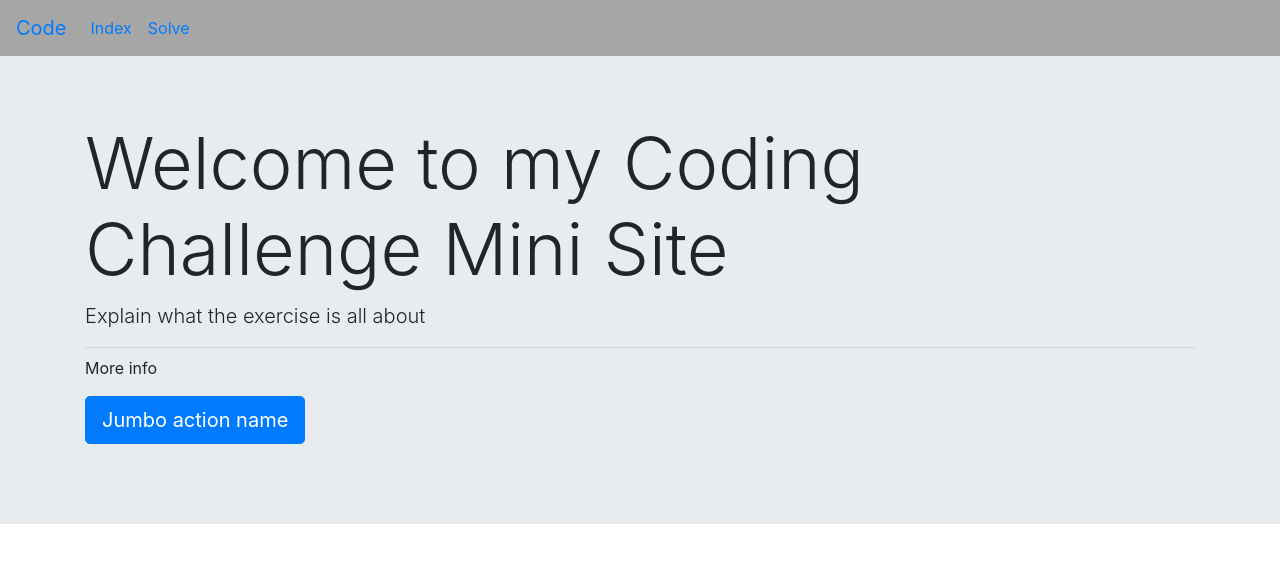
Repository: zhadjah9559/TacocatGrammar
Page: code.html
An editor plug-in stored every save of this project. The page is shown before and after the next save, followed by the edit.
The browser window is 1280 px wide. The pictures show the whole page.

Above is the page before, as saved 2021-01-11 23:32:33.

### code.html
<!doctype html>
<html lang="en">
  <head>
    <title>Code</title>
    <!-- Required meta tags -->
    <meta charset="utf-8">
    <meta name="viewport" content="width=device-width, initial-scale=1, shrink-to-fit=no">

    <!-- Bootstrap CSS -->
    <link rel="stylesheet" href="https://stackpath.bootstrapcdn.com/bootstrap/4.3.1/css/bootstrap.min.css" integrity="sha384-ggOyR0iXCbMQv3Xipma34MD+dH/1fQ784/j6cY/iJTQUOhcWr7x9JvoRxT2MZw1T" crossorigin="anonymous">
    <link rel="stylesheet" href="css/custom.css">
  </head>
  <body>

    <nav class="navbar navbar-expand-sm" style="background-color: #A6A6A6;">
        <a class="navbar-brand" href="#">Code</a>
        <button class="navbar-toggler d-lg-none" type="button" data-toggle="collapse" data-target="#collapsibleNavId" aria-controls="collapsibleNavId"
            aria-expanded="false" aria-label="Toggle navigation"></button>
        <div class="collapse navbar-collapse" id="collapsibleNavId">
            <ul class="navbar-nav mr-auto mt-2 mt-lg-0">
                <li class="nav-item active">
                    <a class="nav-link" href="index.html">Index<span class="sr-only">(current)</span></a>
                </li>
                <li class="nav-item">
                    <a class="nav-link" href="solve.html">Solve</a>
                </li>
            </ul>
        </div>
    </nav>


    <div class="jumbotron jumbotron-fluid">
        <div class="container">
            <h1 class="display-3">Welcome to my Coding Challenge Mini Site</h1>
            <p class="lead">Explain what the exercise is all about</p>
            <hr class="my-2">
            <p>More info</p>
            <p class="lead">
                <a class="btn btn-primary btn-lg" href="Jumbo action link" role="button">Jumbo action name</a>
            </p>
        </div>
    </div>

    <!-- Optional JavaScript -->
    <!-- jQuery first, then Popper.js, then Bootstrap JS -->
    <script src="https://code.jquery.com/jquery-3.3.1.slim.min.js" integrity="sha384-q8i/X+965DzO0rT7abK41JStQIAqVgRVzpbzo5smXKp4YfRvH+8abtTE1Pi6jizo" crossorigin="anonymous"></script>
    <script src="https://cdnjs.cloudflare.com/ajax/libs/popper.js/1.14.7/umd/popper.min.js" integrity="sha384-UO2eT0CpHqdSJQ6hJty5KVphtPhzWj9WO1clHTMGa3JDZwrnQq4sF86dIHNDz0W1" crossorigin="anonymous"></script>
    <script src="https://stackpath.bootstrapcdn.com/bootstrap/4.3.1/js/bootstrap.min.js" integrity="sha384-JjSmVgyd0p3pXB1rRibZUAYoIIy6OrQ6VrjIEaFf/nJGzIxFDsf4x0xIM+B07jRM" crossorigin="anonymous"></script>
  </body>
</html>

### css/custom.css
/*.navbar .navbar-expand-sm{
    background-color: #A6A6A6;
}

^^Not working atm*/

After the next save:
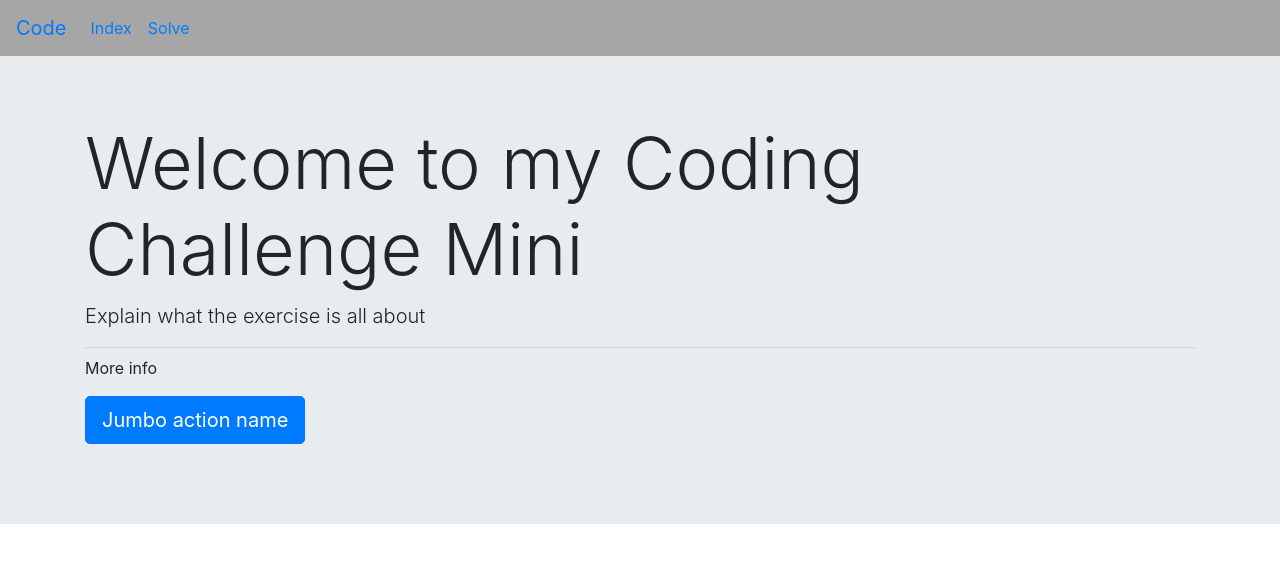
Saved 9 s later.
--- a/code.html
+++ b/code.html
@@ -31,7 +31,7 @@
 
     <div class="jumbotron jumbotron-fluid">
         <div class="container">
-            <h1 class="display-3">Welcome to my Coding Challenge Mini Site</h1>
+            <h1 class="display-3">Welcome to my Coding Challenge Mini </h1>
             <p class="lead">Explain what the exercise is all about</p>
             <hr class="my-2">
             <p>More info</p>
